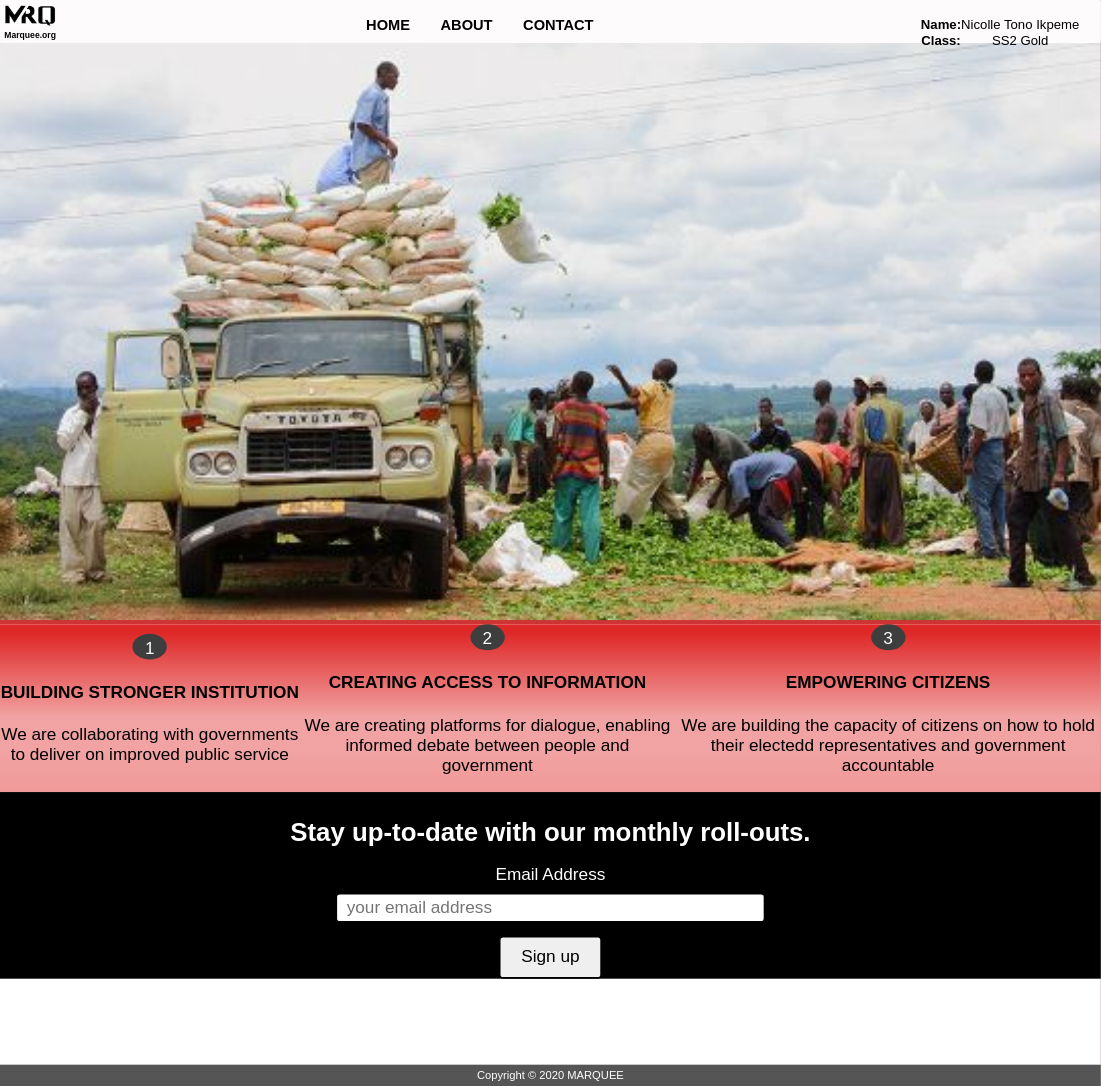
Repository: pboi18/Marquee.org
Page: home.html
An editor plug-in stored every save of this project. The page is shown before and after the next save, followed by the edit.
The browser window is 1280 px wide. The pictures show the whole page, at 86% of full size.

Above is the page before, as saved 2020-07-11 23:26:30.

After the next save:
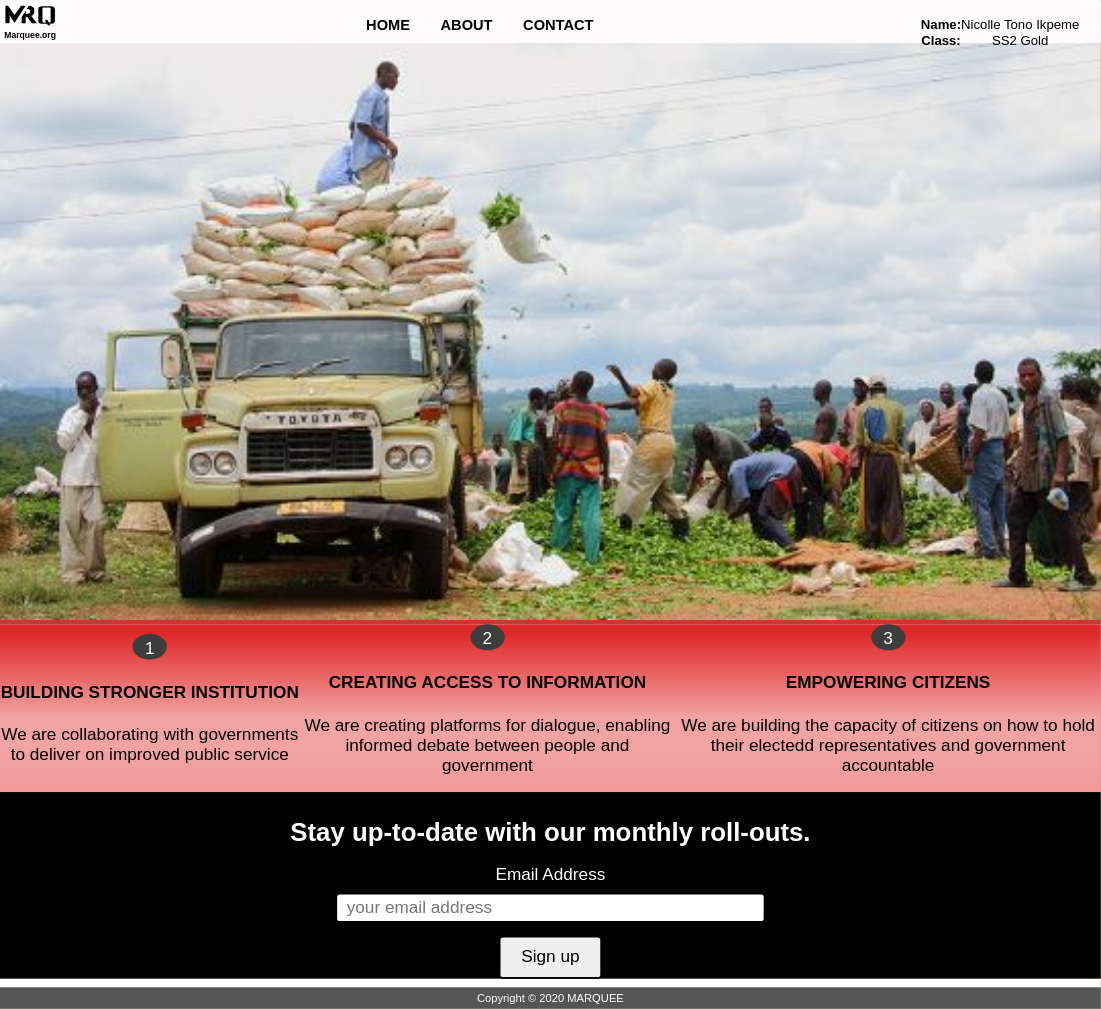
Saved 21 s later.
--- a/home.html
+++ b/home.html
@@ -96,7 +96,7 @@
                 </table>
             </header>
 
-            <section style="margin-bottom: 100px; color: #000;">
+            <section style="margin-bottom: 10px;">
                 <div class="sec">
                     <h2 style="color: white; padding-top: 30px; padding-bottom: 10px; margin: 0;">Stay up-to-date with our monthly roll-outs.</h2>
 
